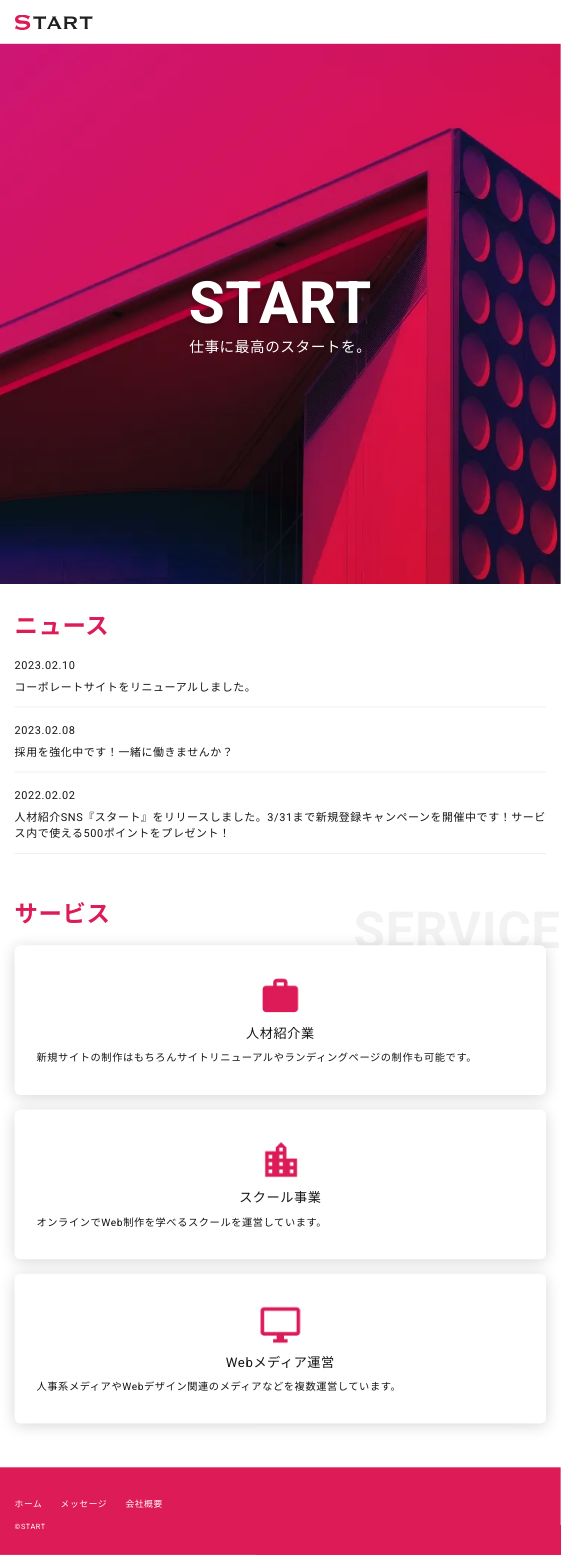
Repository: tetishi/tetishi.github.io
Page: index.html
An editor plug-in stored every save of this project. The page is shown before and after the next save, followed by the edit.
The browser window is 768 px wide. The pictures show the whole page, at 73% of full size.

Above is the page before, as saved 2023-07-17 17:05:34.

### index.html
<!DOCTYPE html>
<html lang="en">
<head>
    <meta charset="UTF-8">
    <meta http-equiv="X-UA-Compatible" content="IE=edge">
    <meta name="viewport" content="width=device-width, initial-scale=1.0">
    <title>Start</title>
    <!-- <link rel="stylesheet" type="text/css" href="http://yui.yahooapis.com/3.18.1/build/cssreset/cssreset-min.css"> -->
    <link rel="preconnect" href="https://fonts.googleapis.com">
    <link rel="preconnect" href="https://fonts.gstatic.com" crossorigin>
    <link href="https://fonts.googleapis.com/css2?family=Noto+Sans+JP:wght@500;700&family=Roboto:wght@400;700&display=swap" rel="stylesheet">
    <link rel="icon" href="img/favicon.ico">
    <link rel="stylesheet" href="./css/reset.css">
    <link rel="stylesheet" href="./css/style.css">
</head>
<body>
    <header class="header">
        <div class="header-inner">
            <h2 class="nav-title">
                <a href="./index.html">
                    <img class="pc" src="img/logo.svg" alt="STARTのロゴ">
                    <img class="sp" src="img/sp_logo.svg" alt="STARTのロゴ">
                </a>
            </h2>
            <nav class="header-nav">
                <ul class="header-list">
                    <li class="header-item">
                        <a href="./index.html" class="text-red">ホーム</a>
                    </li>
                    <li class="header-item">
                        <a href="./message.html">メッセージ</a>
                    </li>
                    <li class="header-item">
                        <a href="./company.html">会社概要</a>
                    </li>
                </ul>
            </nav>
            <div class="overlay"></div>
            <div class="hamburger-menu">
                <button class="hamburger-btn">
                    <span class="bar bar_top"></span>
                    <span class="bar bar_mid"></span>
                    <span class="bar bar_bottom"></span>
                </button>
            </div>
        </div>
    </header>

    <main>
        <!-- fv -->
        <div class="fv">
            <div class="fv_img">
                <picture>
                    <source srcset="./img/fv.webp" type="image/webp">
                    <img src="./img/fv.jpg" alt="STARTの赤いイメージ背景">
                </picture>
            </div>
            <div class="sp_fv_img">
                <picture>
                    <source srcset="./img/sp_fv.webp" type="image/webp">
                    <img src="./img/sp_fv.jpg" alt="STARTの赤いイメージ背景">
                </picture>
            </div>
            <!-- page-title-wrapper -->
            <div class="page-title-wrapper">
                <h1 class="page-title">START</h1>
                <div class="page-title-bottom">仕事に最高のスタートを。</div>
                <!-- /.page-title-bottom -->
            </div>
        </div>

        <!-- news -->
        <section id="news" class="section-wrapper news-wrapper">
            <div class="section-inner news-inner">
                <h2 class="section-title news-title">
                    ニュース
                </h2>
                <div class="news-container">
                    <ul class="news-list">
                        <li class="news-item">
                            <time datetime="2023.02.10">2023.02.10</time>
                            <a href="#news">コーポレートサイトをリニューアルしました。</a>
                        </li>
                        <li class="news-item">
                            <time datetime="2023.02.08">2023.02.08</time>
                            <a href="#news">採用を強化中です！一緒に働きませんか？</a>
                        </li>
                        <li class="news-item">
                            <time datetime="2022.02.02">2022.02.02</time>
                            <a href="#news">人材紹介SNS『スタート』をリリースしました。3/31まで新規登録キャンペーンを開催中です！サービス内で使える500ポイントをプレゼント！</a>
                        </li>
                    </ul>
                </div>
                <!-- /.news-container -->
            </div>
            <!-- /.section-inner -->
        </section>

        <!-- service -->
        <section id="service" class="section-wrapper service-wrapper">
            <div class="section-inner">
                <h2 class="section-title text-right text-white">サービス</h2>
                <h2 class="upper-text text-white">SERVICE</h2>
                <ul class="service-list">
                    <li class="service-item">
                            <picture>
                                <source srcset="./img/bag.webp" type="image/webp">
                                <img src="./img/bag.png" alt="手提げ鞄">
                            </picture>
                            <h3 class="service-item-title">人材紹介業</h3>
                            <p class="service-item-text">
                                新規サイトの制作はもちろんサイトリニューアルやランディングページの制作も可能です。
                            </p>
                    </li>
                    <li class="service-item">
                            <picture>
                                <source srcset="./img/school.webp" type="image/webp">
                                <img src="./img/school.png" alt="スクール">
                            </picture>
                            <h3 class="service-item-title">スクール事業</h3>
                            <p class="service-item-text">
                                オンラインでWeb制作を学べるスクールを運営しています。
                            </p>
                    </li>
                    <li class="service-item">
                            <picture>
                                <source srcset="./img/web.webp" type="image/webp">
                                <img src="./img/web.png" alt="モニター">
                            </picture>
                            <h3 class="service-item-title">Webメディア運営</h3>
                            <p class="service-item-text">
                                人事系メディアやWebデザイン関連のメディアなどを複数運営しています。
                            </p>
                    </li>
                </ul>
            </div>
            <!-- /.section-inner -->
        </section>

    </main>


    <footer class="footer">
        <div class="section-inner">
            <nav class="footer-nav">
                <ul class="footer-nav-list">
                    <li class="footer-nav-item"><a href="./index.html">ホーム</a></li>
                    <li class="footer-nav-item"><a href="./message.html">メッセージ</a></li>
                    <li class="footer-nav-item"><a href="./company.html">会社概要</a></li>
                </ul>
            </nav>
            <small>&copy;START</small>
        </div>
    </footer>

    <script src="https://ajax.googleapis.com/ajax/libs/jquery/3.6.0/jquery.min.js"></script>
    <script src="js/script.js"></script>
</body>
</html>

### css/reset.css
/*
html5doctor.com Reset Stylesheet
v1.6.1
Last Updated: 2010-09-17
Author: Richard Clark - http://richclarkdesign.com
Twitter: @rich_clark
*/

* {
    box-sizing: border-box;
}

html,
body,
div,
span,
object,
iframe,
h1,
h2,
h3,
h4,
h5,
h6,
p,
blockquote,
pre,
abbr,
address,
cite,
code,
del,
dfn,
em,
img,
ins,
kbd,
q,
samp,
small,
strong,
sub,
sup,
var,
b,
i,
dl,
dt,
dd,
ol,
ul,
li,
fieldset,
form,
label,
legend,
table,
caption,
tbody,
tfoot,
thead,
tr,
th,
td,
article,
aside,
canvas,
details,
figcaption,
figure,
footer,
header,
hgroup,
menu,
nav,
section,
summary,
time,
mark,
ruby,
audio,
video {
    margin: 0;
    padding: 0;
    border: 0;
    outline: 0;
    font-size: 100%;
    vertical-align: baseline;
    background: transparent;
}

body {
    line-height: 1.5;
}

img {
    width: 100%;
    height: auto;
    object-fit: cover;
}

button {
    background-color: transparent;
    border: none;
    cursor: pointer;
    outline: none;
    padding: 0;
    appearance: none;
}

article,
aside,
details,
figcaption,
figure,
footer,
header,
hgroup,
menu,
nav,
section {
    display: block;
}

nav ul {
    list-style: none;
}

li {
    list-style: none;
}

a {
    margin: 0;
    padding: 0;
    font-size: 100%;
    vertical-align: baseline;
    background: transparent;
}

input,
select {
    vertical-align: middle;
}

/*end reset css*/

### css/style.css
/* base */

html {
    font-size: 62.5%;
}
body {
    font-size: 1.6rem;
    letter-spacing: .05em;
    color: #151515;
    font-family: "Roboto", "Noto Sans JP", Arial, "Hiragino Kaku Gothic ProN", "Hiragino Sans", Meiryo, sans-serif;
}
img {
    vertical-align: bottom;
}
.section-inner {
    max-width: 1110px;
    margin: 0 auto;
    padding: 0 20px;
}
.section-title {
    font-size: 4rem;
    color: #DD1B57;
    margin-bottom: 49px;
    /* width: 25%; */
    white-space: nowrap;
}
a {
    color: inherit;
    text-decoration: none;
}
.text-red {
    color: #DD1B57;
}
.pc {
    display: block;
}
.sp {
    display: none;
}

/* header */
.header {
    padding: 30px 70px;
    width: 100%;
}

.header a {
    text-decoration: none;
}
.header-inner {
    display: flex;
    justify-content: space-between;
    align-items: center;
}
.header-list {
    display: flex;
}
.header-item {
    margin-right: 30px;
}
.header-item:last-of-type {
    margin-right: 0;
}
.hamburger-btn {
    display: none;
}
.hamburger-menu {
    display: none;
}

/* fv */
.fv {
    min-height: 550px;
    position: relative;
}
.fv img {
    min-height: 550px;
    object-fit: cover;
}
.sp_fv_img {
    display: none;
}
.page-title-wrapper {
    position: absolute;
    left: 50%;
    top: 50%;
    color: #fff;
    transform: translate(-50%,-50%);
    line-height: 1;
}
.page-title {
    font-size: 16rem;
    font-weight: bold;
    margin-bottom: 10px;
    text-shadow: 0 4px 6px rgb(0 0 0 / 25%);
}
.page-title-bottom {
    font-size: 24px;
    text-align: center;
}

/* news */
.news-wrapper {
    margin: 64px 0 74px 0;
}
.news-inner {
    display: flex;
    column-gap: 88px;
}
.news-item {
    padding: 15px 0 16px 0;
    border-bottom: 1px solid #E8E8E8;
    display: flex;
    font-size: 1.5rem;
}
.news-item:first-of-type {
    padding: 0 0 16px 0;
}
.news-item a {
    margin-left: 40px;
}

/* service */
.service-wrapper {
    margin-bottom: 100px;
}
.service-wrapper .section-inner {
    position: relative;
}
.upper-text {
    position: absolute;
    right: 0px;
    top: -69px;
    font-size: 16.8rem;
    font-weight: bold;
    margin: 0 auto;
    opacity: .05;
    z-index: 0;
}
.service-list {
    display: flex;
    justify-content: space-between;
    position: relative;
    z-index: 1;
}
.service-item {
    width: 32%;
    background-color: #fff;
    box-shadow: 0 3px 21px rgba(0, 0, 0, .16);
    border-radius: 8px;
}
.service-item img {
    width: 48px;
    display: block;
    margin: 0 auto;
    padding-top: 50px;
}
.service-item-title {
    text-align: center;
    font-size: 1.8rem;
    font-weight: normal;
    margin-top: 5px;
}
.service-item-text {
    padding: 15px 50px 50px 50px;
    font-size: 1.4rem;
}

/* footer */
.footer {
    background-color: #DD1B57;
    color: #fff;
    height: 164px;
}
.footer-nav-list {
    display: flex;
    font-size: 1.4rem;
    padding: 61px 0 9px;
}
.footer-nav-item {
    margin-right: 40px;
}
small {
    font-size: 1.2rem;
    margin-bottom: 50px;
}

@media screen and (max-width: 768px) {
    /* base_sp */
    .section-inner {
        padding: 0 20px;
    }
    .section-title {
        font-size: 3.2rem;
        margin-bottom: 19px;
        width: 100%;
    }
    .pc {
        display: none;
    }
    .sp {
        display: block;
    }

    /* header_sp */
    .header {
        padding: 0;
        z-index: 1;
        position: relative;
    }
    .header-inner {
        height: 60px;
    }
    .nav-title {
        padding: 0 0 0 20px;
    }
    .header-nav {
        display: none;
        position: fixed;
        top: 0;
        right: 0;
        width: 50%;
        height: 100vh;
        background-color: #DD1B57;
        /* z-index: 2; */
    }
    .header-list {
        height: 100%;
        flex-direction: column;
        padding: 96px 0 0 40px;
    }
    .text-red {
        color: #fff;
        opacity: .5;
    }
    .header-item {
        margin: 0 0 27px;
        color: #fff;
    }
    .header-item:last-of-type {
        margin-bottom: 0;
    }
    .hamburger-menu {
        display:
    }
    .hamburger-btn {
        display: block;
        background-color: #DD1B57;
        padding: 0px 16px;
        /* padding: 19px 17px 0; */
        width: 60px;
        height: 60px;
        /* z-index: 3; */
    }
    .hamburger-btn .bar {
        display: block;
        width: 26px;
        height: 2px;
        background-color: #fff;
        transition: .3s;
        border-radius: 4px;
    }
    .bar_mid,
    .bar_bottom {
        margin-top: 8px;
    }
    .hamburger-btn.cross .bar_top {
        transform: rotate(45deg) translate(7px, 7px);
        transition: .3s;
    }
    .hamburger-btn.cross .bar_middle {
        opacity: 0;
        transition: .3s;
    }
    .hamburger-btn.cross .bar_bottom {
        transform: rotate(-45deg) translate(7px, -7px);
        transition: .3s;
    }
    body.noscroll {
        overflow: hidden;
    }
    .overlay {
        /* background-color: #000; */
        /* cursor: pointer; */
        height: 100vh;
        left: 0;
        opacity: 0;
        position: fixed;
        top: 0;
        /* transition: all 0.6s; */
        visibility: hidden;
        width: 100vw;
        z-index: -1;
    }

    /* fv_sp */
    .fv {
        height: calc(100vh - 60px);
    }
    .fv img {
        height: calc(100vh - 60px);
    }
    .fv_img {
        display: none;
    }
    .sp_fv_img {
        display: block;
    }
    .page-title {
        font-size: 8rem;
        font-weight: bold;
    }
    .page-title-bottom {
        font-size: 2rem;
    }

    /* news_sp */
    .news-wrapper {
        margin: 33px 0 58px 0;
    }
    .news-inner {
        display: block;
    }
    .news-item {
        flex-flow: column;
        padding: 20px 0 16px 0;
    }
    .news-item:first-child {
        padding: 0 0 16px 0;
    }
    .news-item a {
        margin-left: 0px;
        margin-top: 7px;
    }

    /* service_sp */
    .service-wrapper {
        margin-bottom: 60px;
    }
    .upper-text {
        right: 0px;
        top: -5px;
        font-size: 7rem;
    }
    .service-list {
        display: block;
    }
    .service-item {
        width: 100%;
        margin-bottom: 20px;
    }
    .service-item img {
        width: 60px;
        padding-top: 40px;
    }
    .service-item-title {
        margin-top: 7px;
    }
    .service-item-text {
        padding: 10px 30px 40px 30px;
    }

    /* footer_sp */
    .footer {
        height: 120px;
    }
    .footer-nav-list {
        font-size: 1.2rem;
        padding: 41px 0 9px;
    }
    .footer-nav-item {
        margin-right: 25px;
    }
    small {
        font-size: 1rem;
        margin-bottom: 29px;
    }
}

### js/script.js
//ハンバーガーボタン
$('.hamburger-menu').on('click', function() {
    $('.header-nav').fadeToggle(300);
    $('.hamburger-btn').toggleClass('cross');
    $('body').toggleClass('noscroll');

    if($('.hamburger-btn').hasClass('cross')) {
        $('.overlay').on('click', function() {
            $('.header-nav').fadeOut(300);
            $('.hsmburger-btn').removeClass('cross');
            $('body').removeClass('noscroll');
        })
    }
});

After the next save:
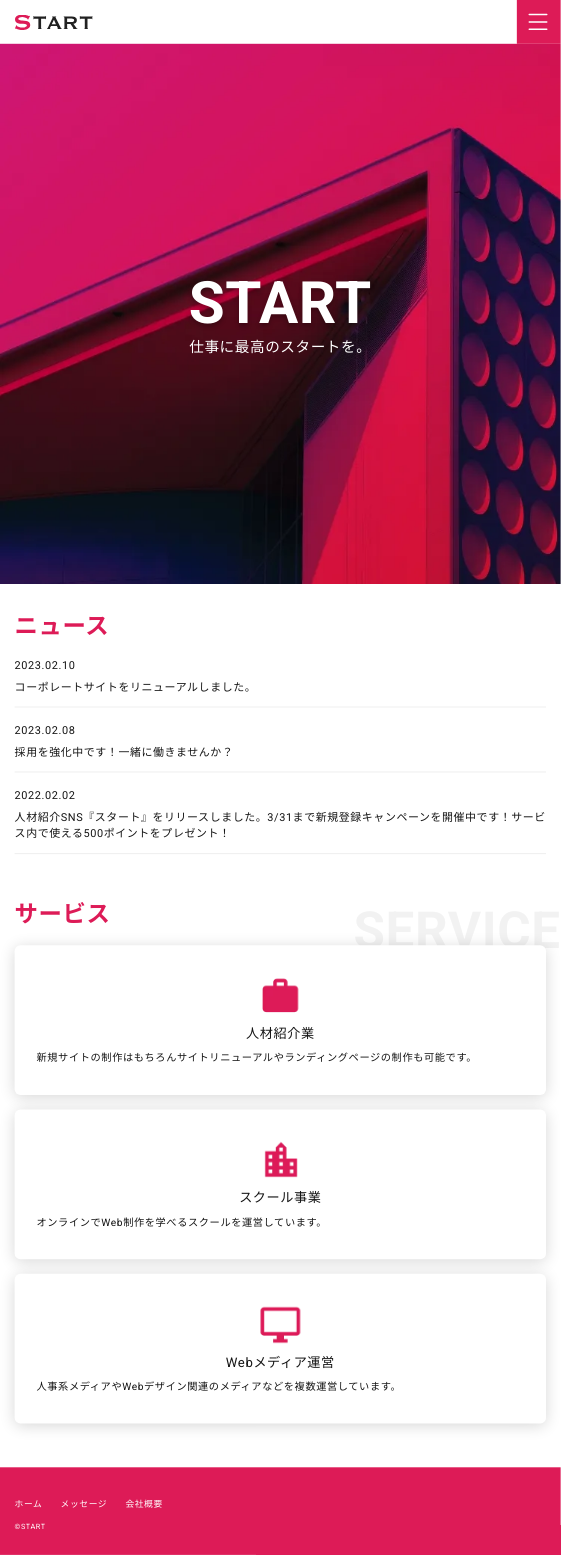
Saved 5 s later.
--- a/css/style.css
+++ b/css/style.css
@@ -241,7 +241,7 @@
         margin-bottom: 0;
     }
     .hamburger-menu {
-        display:
+        display: block
     }
     .hamburger-btn {
         display: block;

After the save that followed:
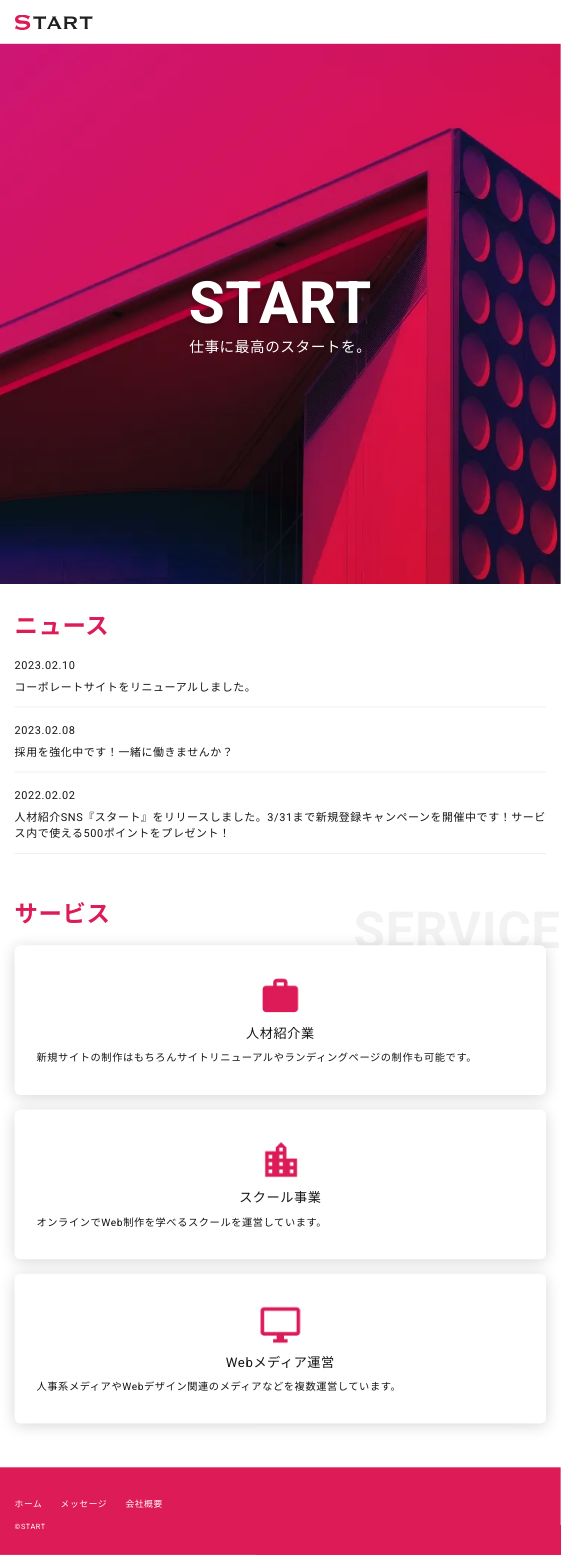
Saved 5 s later.
--- a/css/style.css
+++ b/css/style.css
@@ -244,7 +244,7 @@
         display: block
     }
     .hamburger-btn {
-        display: block;
+        /* display: block; */
         background-color: #DD1B57;
         padding: 0px 16px;
         /* padding: 19px 17px 0; */
